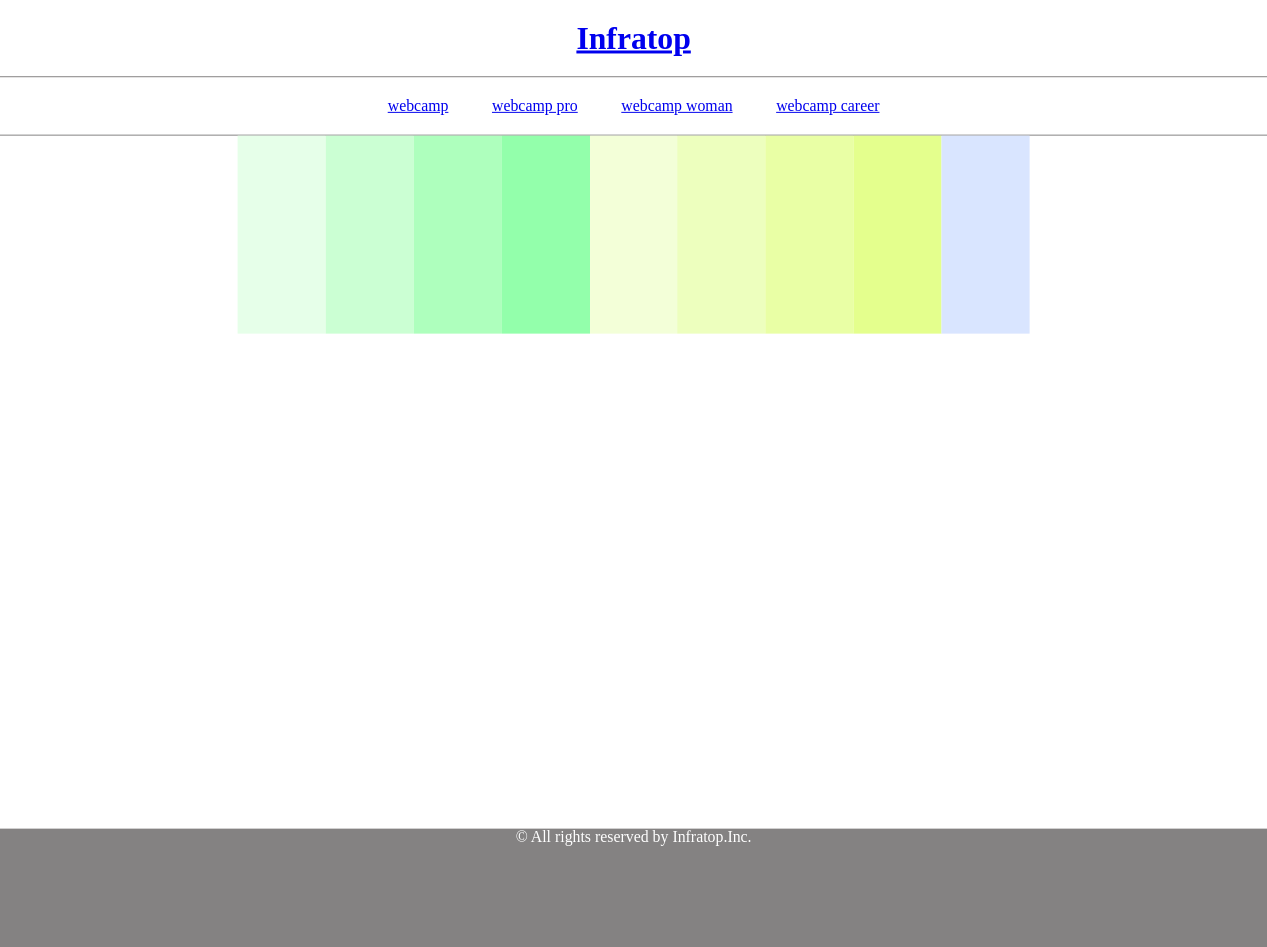
Repository: ryosei-110/HTML-CSS-
Page: 1-5exercise/index.html
The author's editor kept a record of every edit. The page is drawn from the files as they stood at one moment, then again after the next edit.
The browser window is 1280 px wide. The pictures show the whole page, at 99% of full size.

Above is the page before.

After the next edit:
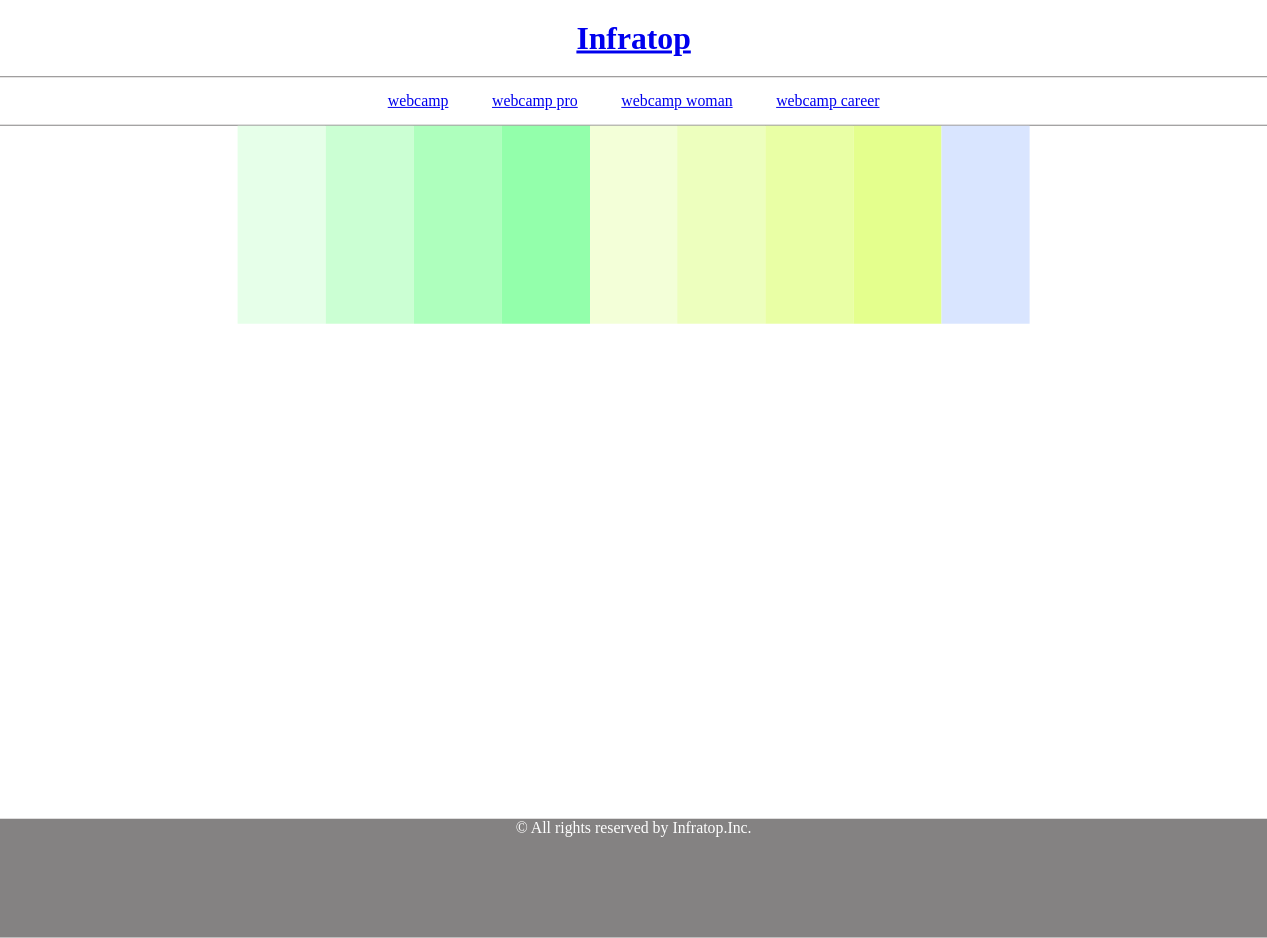
The edit:
--- a/1-5exercise/style.css
+++ b/1-5exercise/style.css
@@ -12,7 +12,7 @@
 }
 
 .nav-list {
-  padding: 20px;
+  padding: 15px 0;
   margin: 0 auto;
   text-align :center;
   border-bottom: 1px solid #848282;
